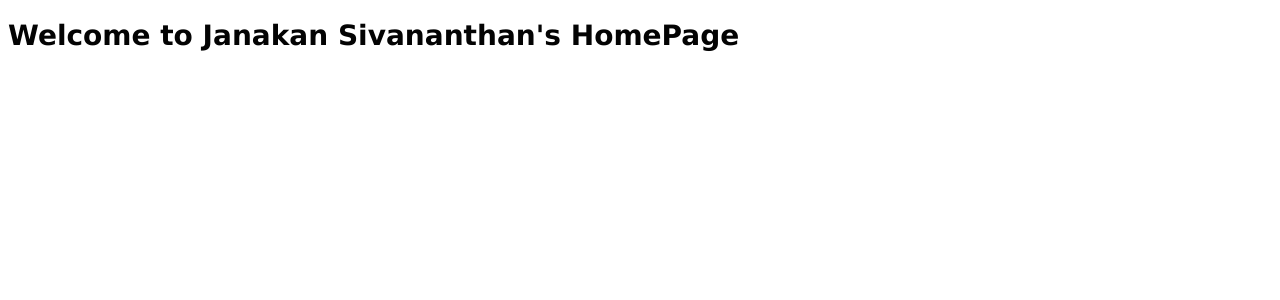
Repository: JanakanS95/COMP-229-Assignment-1
Page: http://localhost/
An editor plug-in stored every save of this project. The page is shown before and after the next save, followed by the edit.
The browser window is 1280 px wide. The pictures show the whole page.
The page is served by the project's Node server (app.js). Other server files are loaded and not shown.

Above is the page before, as saved 2021-06-03 16:40:30.

### views/index.ejs
<!DOCTYPE html>
<html>
  <head>
    <title><%= title %></title>
    <link rel='stylesheet' href='/Content/index.css' />
  </head>
  <body>
    <h1>Welcome to <%= title %>'s HomePage</h1>
  </body>
</html>

### app.js
let createError = require('http-errors');
let express = require('express');
let path = require('path');
let cookieParser = require('cookie-parser');
let logger = require('morgan');

let indexRouter = require('./routes/index');
let usersRouter = require('./routes/users');

let app = express();

// view engine setup
app.set('views', path.join(__dirname, 'views'));
app.set('view engine', 'ejs');

app.use(logger('dev'));
app.use(express.json());
app.use(express.urlencoded({ extended: false }));
app.use(cookieParser());
app.use(express.static(path.join(__dirname, 'public')));

app.use('/', indexRouter);
app.use('/users', usersRouter);

// catch 404 and forward to error handler
app.use(function(req, res, next) {
  next(createError(404));
});

// error handler
app.use(function(err, req, res, next) {
  // set locals, only providing error in development
  res.locals.message = err.message;
  res.locals.error = req.app.get('env') === 'development' ? err : {};

  // render the error page
  res.status(err.status || 500);
  res.render('error');
});

module.exports = app;

### routes/index.js
var express = require('express');
var router = express.Router();

/* GET home page. */
router.get('/', function(req, res, next) {
  res.render('index', { title: 'Janakan Sivananthan' });
});

/* GET home page. */
router.get('/home', function(req, res, next) {
  res.render('index', { title: 'Janakan Sivananthan' });
});

/* GET About me page. */
router.get('/about', function(req, res, next) {
  res.render('index', { title: 'About Me' });
});

/* GET Projects page. */
router.get('/projects', function(req, res, next) {
  res.render('index', { title: 'Projects' });
});

/* GET Service page. */
router.get('/services', function(req, res, next) {
  res.render('index', { title: 'Services' });
});

/* GET Contact Me page. */
router.get('/contact', function(req, res, next) {
  res.render('index', { title: 'Contact Me' });
});

module.exports = router;

### public/Content/index.css
body {
  font: 14px "Lucida Grande", Helvetica, Arial, sans-serif;
}

h1 {
  color: #030303;
}

After the next save:
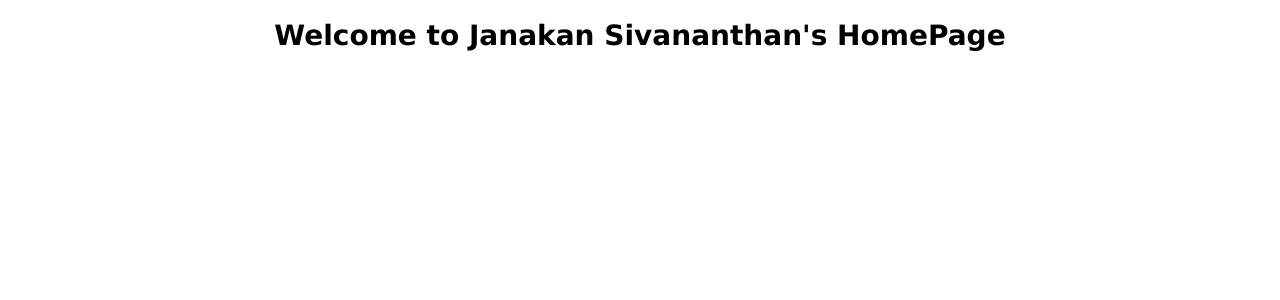
Saved 82 s later.
--- a/public/Content/index.css
+++ b/public/Content/index.css
@@ -3,5 +3,5 @@ body {
 }
 
 h1 {
-  color: #030303;
+  text-align : center;
 }
